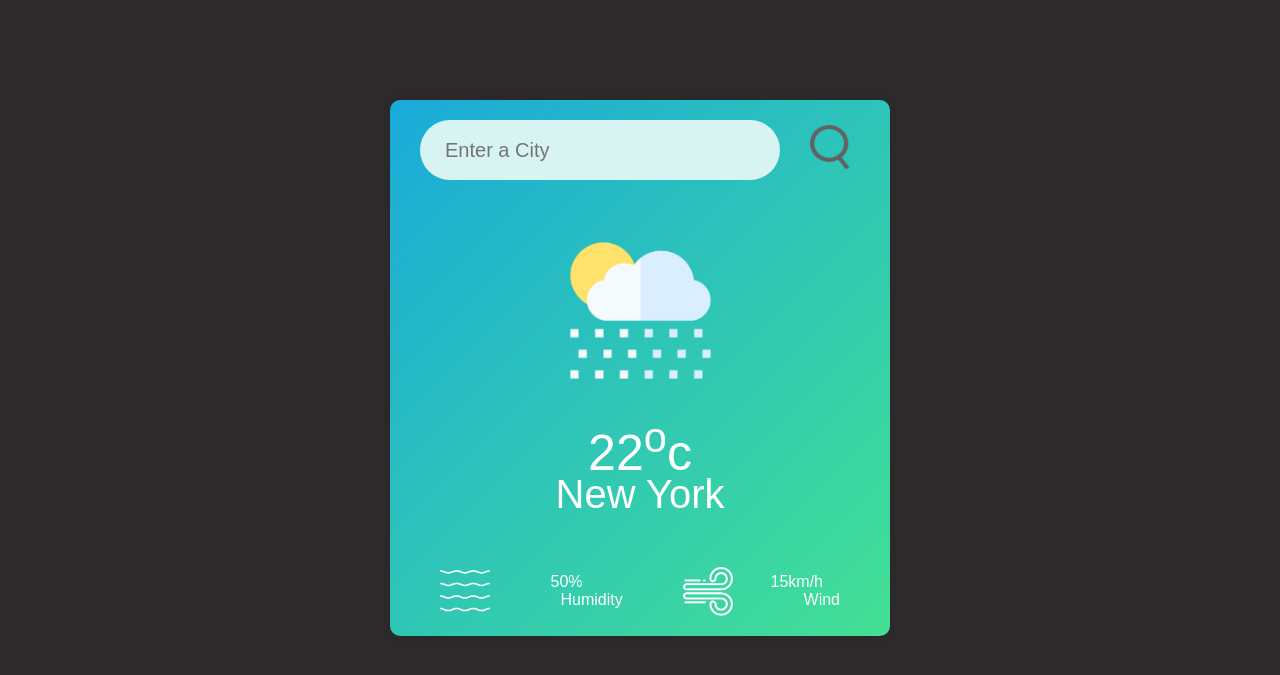
Repository: Haakim19/weatherApp
Page: index.html
An editor plug-in stored every save of this project. The page is shown before and after the next save, followed by the edit.
The browser window is 1280 px wide. The pictures show the whole page.

Above is the page before, as saved 2024-11-16 21:47:42.

### index.html
<!DOCTYPE html>
<html lang="en">
<head>
    <meta charset="UTF-8">
    <meta name="viewport" content="width=device-width, initial-scale=1.0">
    <title>Weather App</title>
    <link rel="stylesheet" href="style.css">
</head>
<body>
    <div class="card">
        <div class="search">
            <input type="text" placeholder="Enter a City" spellcheck="false">
            <button><img src="images/search.png"></button>
        </div>
        <div class="weather">
            <img src="images/rain.png" class="weather-icon">
            <h1 class="temp">22<sup>o</sup>c</h1>
            <h2 class="city">New York</h2>
        </div>
        <div class="details">
            <div class="col">
                <img src="images/humidity.png">
            </div>
            <div>
                <p class="humidity">50%</p>
                <p>Humidity</p>
            </div>

            <div class="col">
                <img src="images/wind.png">
            </div>
            <div>
                <p class="wind">15km/h</p>
                <p>Wind</p>
            </div>

        </div>
    </div>
</body>
</html>

### style.css
*{
    margin: 0;
    padding: 0;
    box-sizing: border-box;
    font-family: 'Poppins', sans-serif;
}

body{
    background: #2c2a2a;
}
.card{
    width: 90%;
    max-width: 500px;
    color: #fff;
    background:linear-gradient(135deg, #1aaada 0%, #43e094 100%);
    margin: 100px auto 0 ;
    border-radius: 10px;
    padding: 20px 30px;
    text-align: center;
    box-shadow: 0 0 10px rgba(0,0,0,0.1);
}
.search{
    width: 100%;
    display: flex;
    justify-content: space-between;
    align-items: center;
}
.search input{
    border:0;
    outline:0;
    background: #d8f4f2;
    padding: 10px 25px;
    border-radius: 40px;
    flex: 1;
    margin-right: 20px;
    font-size: 20px;
    height: 60px;
}
.search button{
    border:0;
    outline:0;
    background:none;
    /* padding: 10px 20px; */
    border-radius: 50%;
    font-size: 20px;
    cursor: pointer;
    height: 60px;
    width: 60px;
}
.search button img{
    width: 40px;
    height: 45px;

}
.weather-icon{
    width:200px;
    margin-top: 30px;
}
.weather h1{
    font-size: 50px;
    font-weight: 500;
}
.weather h2{
    font-size: 40px;
    font-weight: 500;
    margin-top: -10px;
}
.details {
    display: flex;
    align-items: center;
    justify-content: space-between;
    padding: 0 20px;
    margin-top: 50px;
}
.col{
    display: flex;
    align-items: center;
    text-align: left;
}

.col img {
    width: 50px;
    margin-right: 10px;
}
.humidity,.wind{
    margin-left: -50px;
}

After the next save:
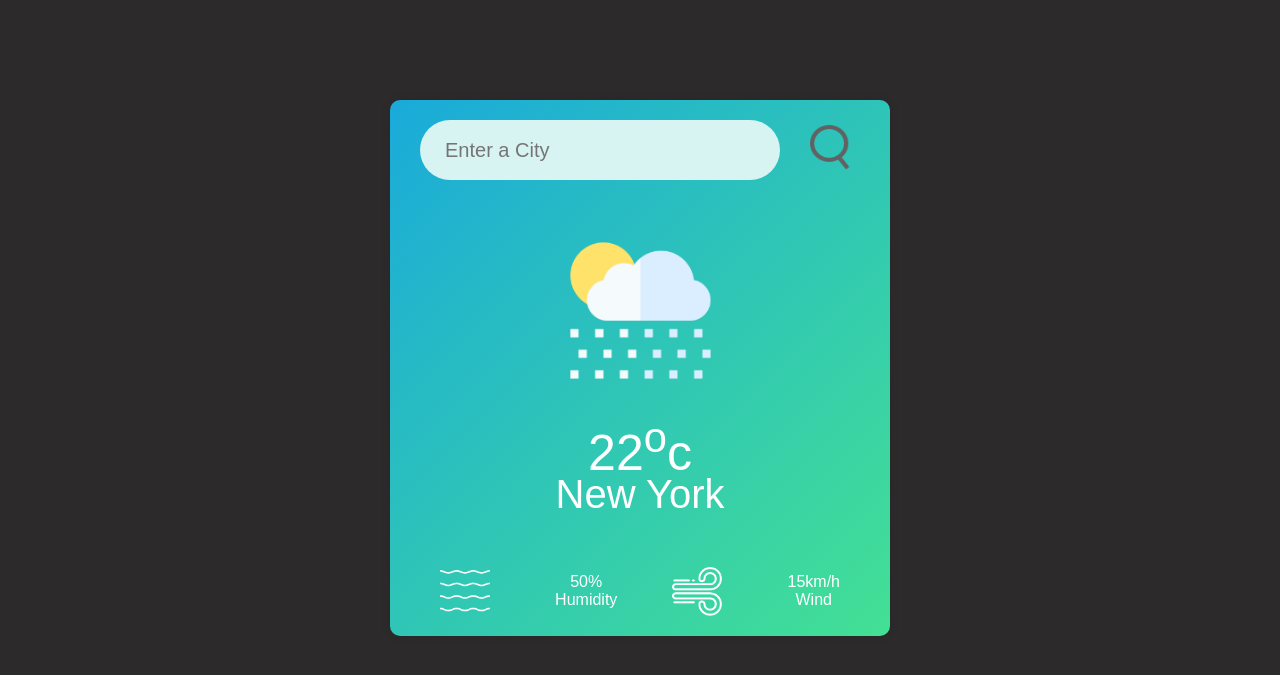
Saved 12 s later.
--- a/style.css
+++ b/style.css
@@ -82,6 +82,6 @@ body{
     width: 50px;
     margin-right: 10px;
 }
-.humidity,.wind{
-    margin-left: -50px;
+.col p{
+    margin-left: -0px;
 }
